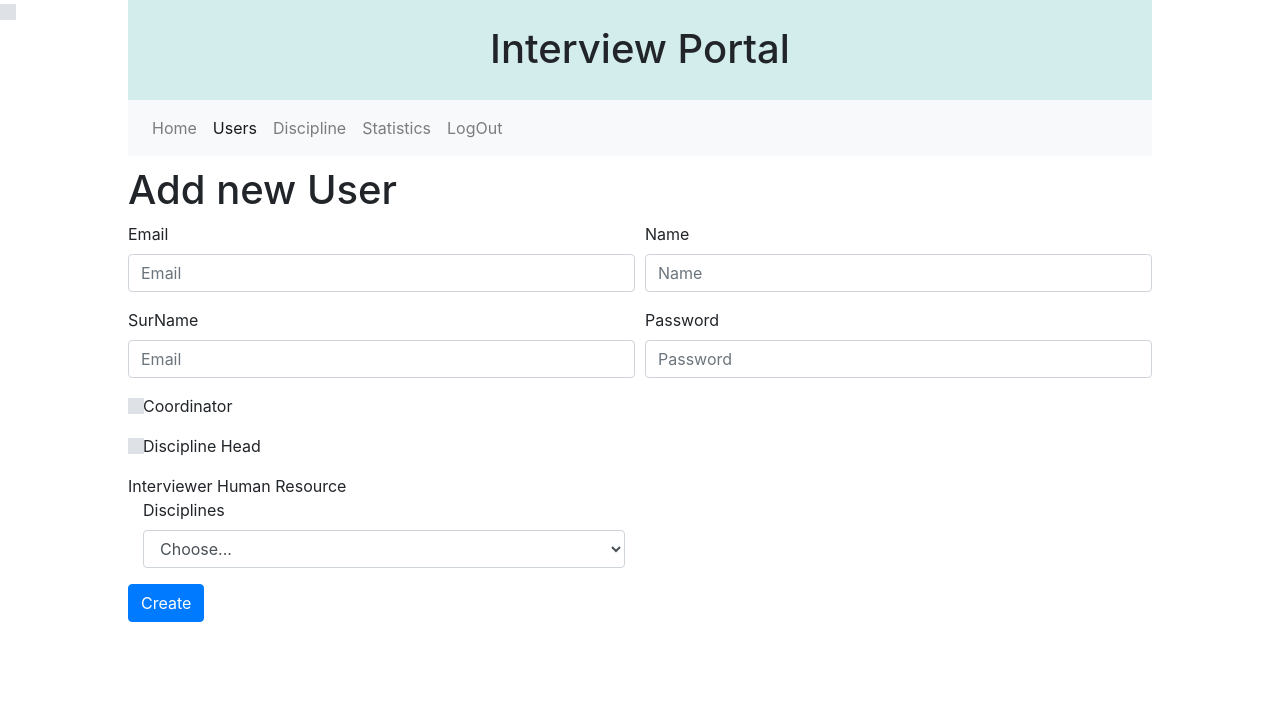
Repository: Yauheni-Verameichyk/interview-portal-fork
Page: http-pages/addUser.html
These files come from the project's save history. The page is drawn as it stood at one moment and after a run of saves; the edit follows.
The browser window is 1280 px wide. The pictures show the whole page.
Some web libraries are served in a nearby version.

Above is the page before, as saved 2018-01-31 16:50:21.

After the next 2 saves:
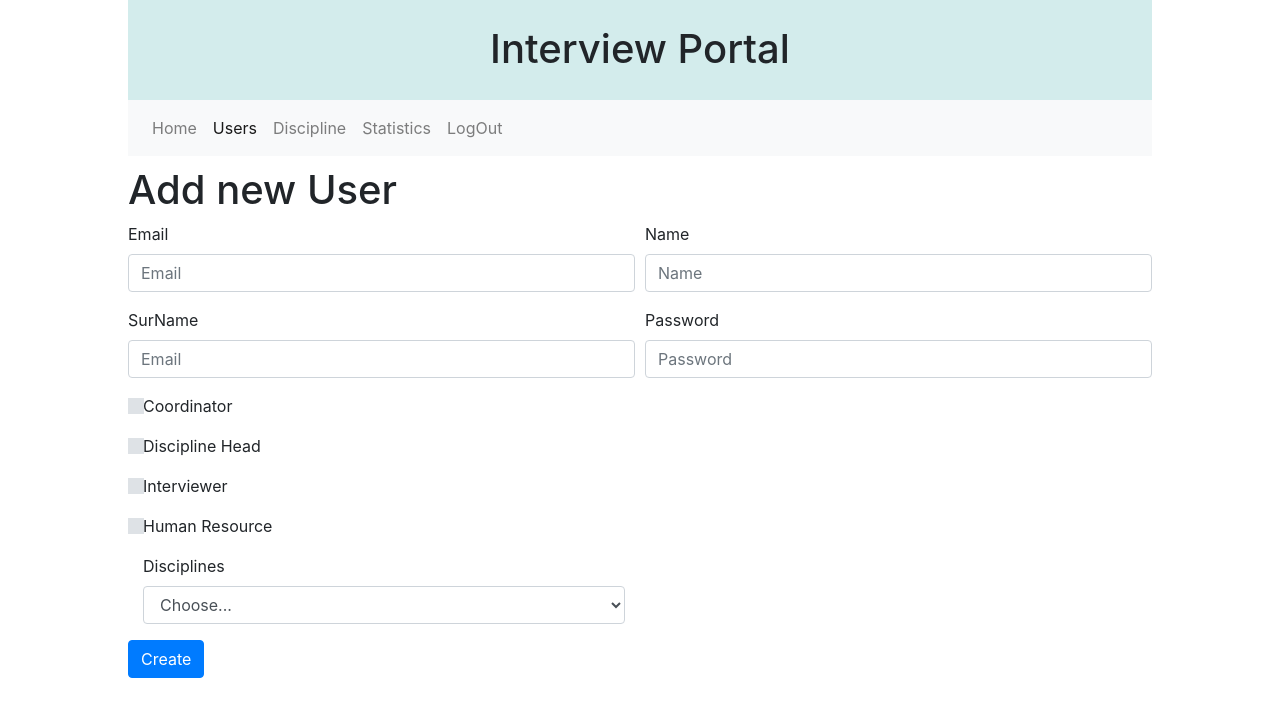
The 2 saves are shown as one change because they came seconds apart.
The last was saved 13 min 14 s later.
--- a/http-pages/addUser.html
+++ b/http-pages/addUser.html
@@ -78,13 +78,14 @@
                     <label class="custom-control-label" for="customCheck2">Discipline Head</label>
                 </div>
 
-
-                <input type="checkbox" class="custom-control-input" id="customCheck3">
-                <label class="custom-control-label" for="customCheck3">Interviewer</label>
-
-                <input type="checkbox" class="custom-control-input" id="customCheck4">
-                <label class="custom-control-label" for="customCheck4">Human Resource</label>
-
+                <div class="form-group col-md-2">
+                    <input type="checkbox" class="custom-control-input" id="customCheck3">
+                    <label class="custom-control-label" for="customCheck3">Interviewer</label>
+                </div>
+                <div class="form-group col-md-2">
+                    <input type="checkbox" class="custom-control-input" id="customCheck4">
+                    <label class="custom-control-label" for="customCheck4">Human Resource</label>
+                </div>
                 <div class="form-group col-md-6">
                     <label for="inputState">Disciplines</label>
                     <select id="inputState" class="form-control">
